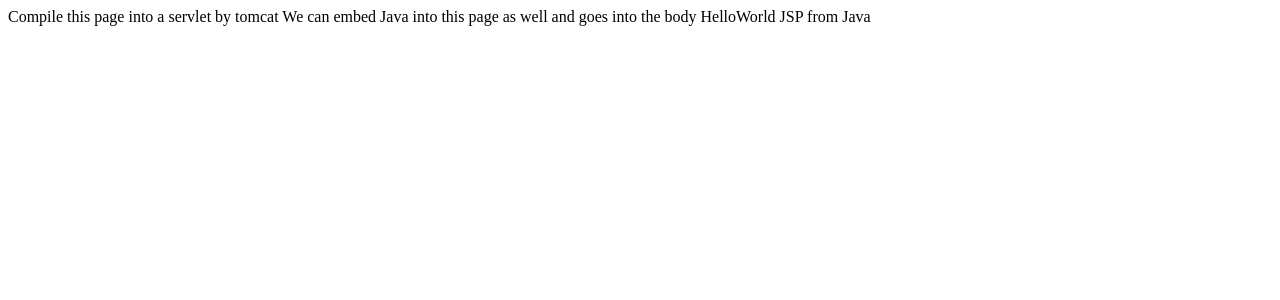
Repository: kanastasov/Java-Web-App
Page: http://localhost/1.1-GettingStarted/HelloWorld.jsp
These files come from the project's save history. The page is drawn as it stood at one moment and after the next save; the edit follows.
The browser window is 1280 px wide. The pictures show the whole page.
The page is served by Tomcat 9.

Above is the page before, as saved 2015-01-02 14:48:12.

After the next save:
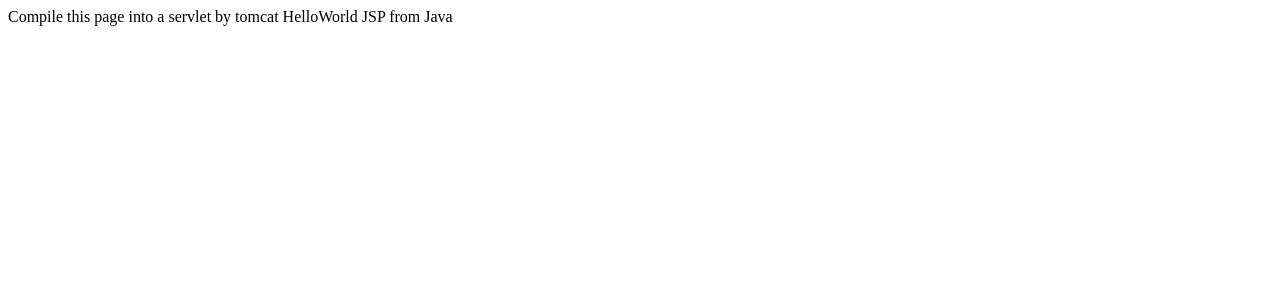
Saved 12 s later.
--- a/1.1-GettingStarted/WebContent/HelloWorld.jsp
+++ b/1.1-GettingStarted/WebContent/HelloWorld.jsp
@@ -9,7 +9,6 @@
 <body>
 
 Compile this page into a servlet by tomcat
-We can embed Java into this page as well and goes into the body
 
 
 <%=
